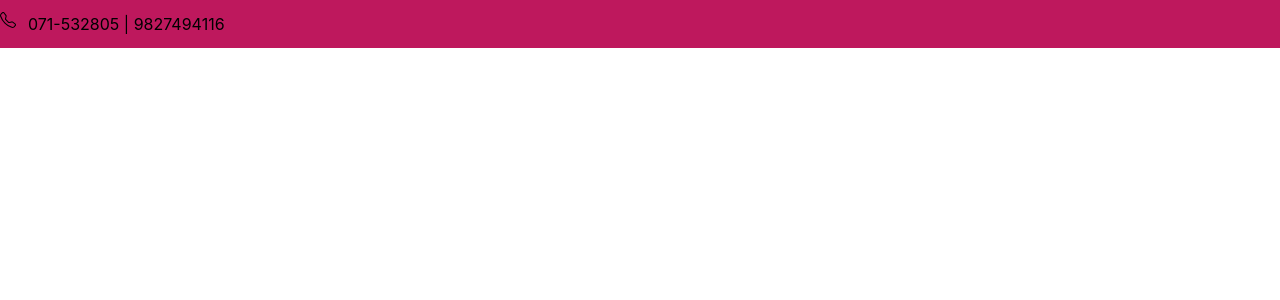
Repository: Sushant203/react-training-
Page: /
These files come from the project's save history. The page is drawn as it stood at one moment and after the next save; the edit follows.
The browser window is 1280 px wide. The pictures show the whole page.
The project was rebuilt for these pictures with package versions that can differ from the ones it lists, and the page was loaded fresh each time. Also part of the build but not shown: src/App.css.

Above is the page before, as saved 2022-12-15 00:37:54.

After the next save:
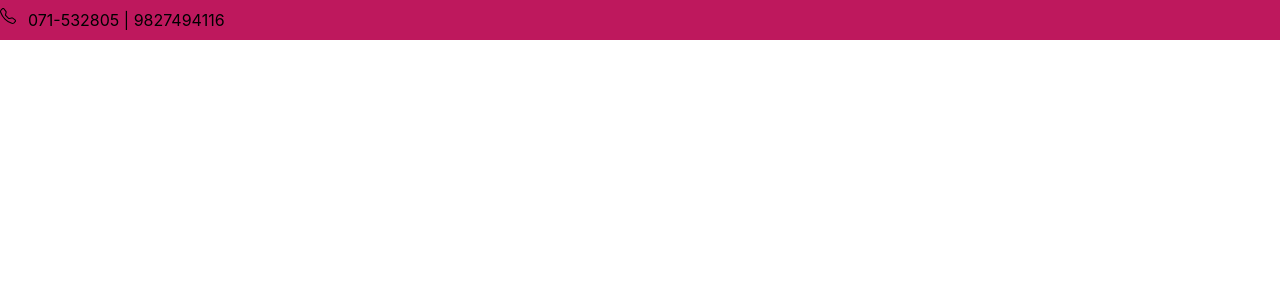
Saved 5 s later.
--- a/src/components/UpperNav.jsx
+++ b/src/components/UpperNav.jsx
@@ -4,7 +4,7 @@ import { BsTelephone } from "react-icons/bs";
 const UpperNav = () => {
   return (
     <div>
-      <div className="bg-pink-700 text-center py-3">
+      <div className="bg-pink-700 text-center py-2">
         <div className="flex gap-3">
           <BsTelephone />
           <p>071-532805 | 9827494116</p>
